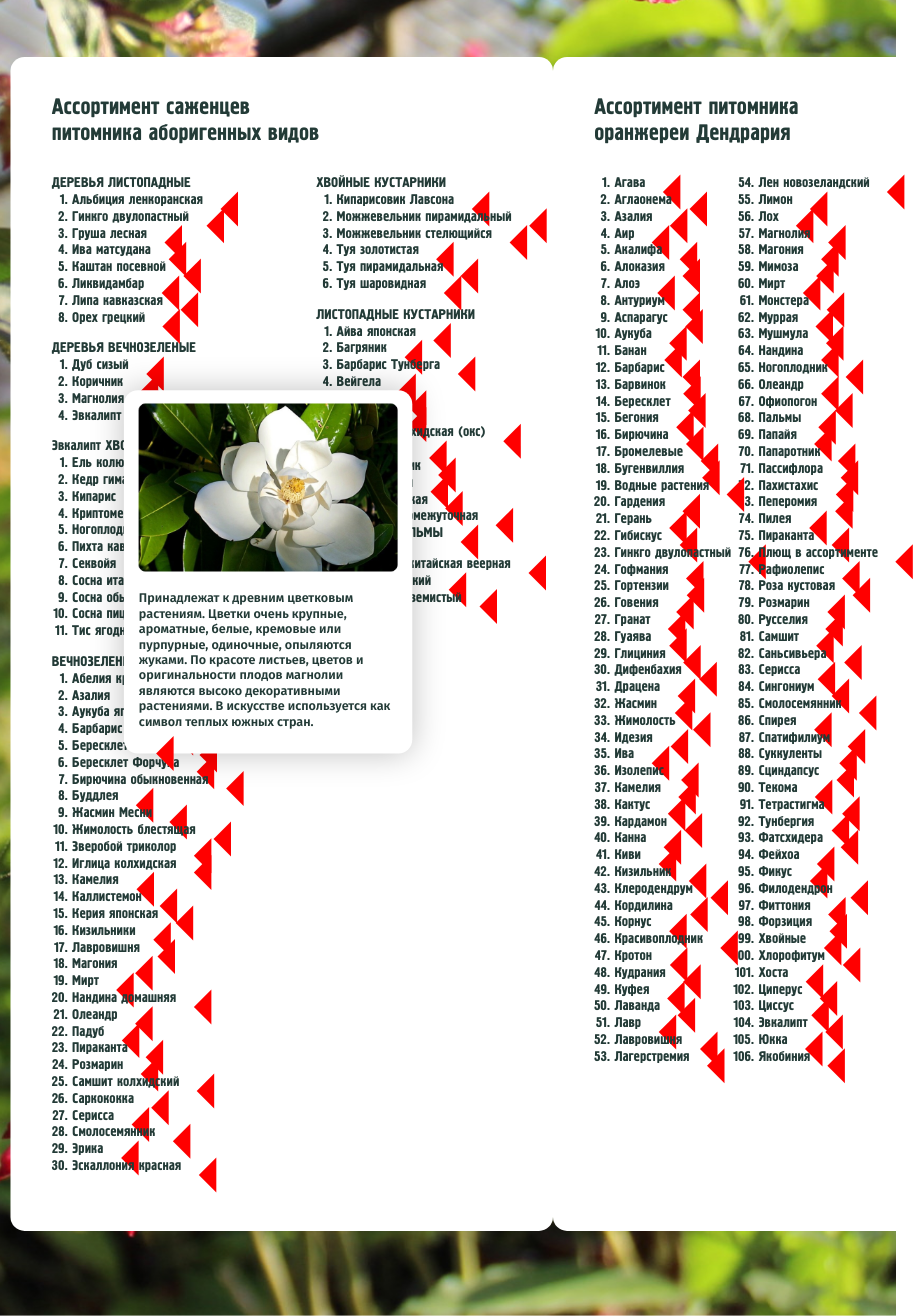
Repository: sem1103/np-sochi
Page: index.html
These files come from the project's save history. The page is drawn as it stood at one moment and after the next save; the edit follows.
The browser window is 1280 px wide. The page is 1313 px wide, so the pictures cover 1313 px, including what lies to the right of the window. The pictures show the part of the page from y = 718 to 2598 px (the page is 2598 px tall), at 70% of full size.

Above is the page before, as saved 2024-01-17 23:05:18.

### index.html
<!DOCTYPE html>
<html lang="en">

<head>
    <meta charset="UTF-8">
    <meta name="viewport" content="width=device-width, initial-scale=1.0">
    <title>Сочинский Национальный Парк</title>

    <link rel="stylesheet" href="styles/reset.css">
    <link rel="stylesheet" href="styles/main.css">
</head>

<body>
    <div id="page">
        <header></header>

        <main>
            <div class="top__text container">
                <div class="text__content">
                    <p>
                        Приветствуем на странице питомников Сочинского национального парка!
                    </p>
                    <p>
                        Здесь представлен широкий ассортимент адаптивного посадочного материала из местных семян и
                        черенков растений, прошедших многолетнюю акклиматизацию в условиях Черноморского побережья
                        Кавказа.
                    </p>
                    <p>
                        В парке работают два питомника растений.
                    </p>
                    <p>
                        Питомник в селе Орел-Изумруд специализируется на выращивании кавказских видов. Также здесь можно
                        приобрести такие востребованные экзотические растения, как бамбуки, пальмы и эвкалипты.
                    </p>
                    <p>
                        Производственный питомник парка «Дендрарий» располагает саженцами экзотических деревьев и
                        кустарников для парков, растениями для зимних садов и оранжерей, комнатными растениями, рассадой
                        летников и многолетников, водных растений.
                    </p>
                    <p>
                        Знакомьтесь с ассортиментом посадочного материала и по всем вопросам обращайтесь к сотрудникам
                        Сочинского нацпарка:
                    </p>
                    <ul>
                        <li>начальник Адлерского питомника - Сергей Александрович Хлевный, тел. <a
                                href="tel:+79183030588">8-918-303-05-88</a>;</li>
                        <li>заведующий хозяйством (оранжереи) Дендрария - Рузанна Сергеевна Ашалян, тел.
                            8-918-209-77-79.</li>
                    </ul>
                </div>
                <div class="price__list">
                    <button>Прайс-лист</button>

                </div>
            </div>

            <div class="items__block container">
                <div class="item">
                    <h3>
                        Ассортимент саженцев <br>
                        питомника аборигенных видов
                    </h3>
                    <div>
                        <div class="left__items">
                            <h5>
                                ДЕРЕВЬЯ ЛИСТОПАДНЫЕ
                            </h5>
                            <ol>
                                <li><div>Альбиция ленкоранская</div></li>
                                <li><div>Гинкго двулопастный</div></li>
                                <li><div>Груша лесная</div></li>
                                <li><div>Ива матсудана</div></li>
                                <li><div>Каштан посевной</div></li>
                                <li><div>Ликвидамбар</div></li>
                                <li><div>Липа кавказская</div></li>
                                <li><div>Орех грецкий</div></li>
                            </ol>

                            <h5>
                                ДЕРЕВЬЯ ВЕЧНОЗЕЛЕНЫЕ
                            </h5>
                            <ol>
                                <li><div>Дуб сизый</div></li>
                                <li><div>Коричник</div></li>
                                <li>
                                    <div>Магнолия
                                        <div class="item__card">
                                            <img src="img/manqoliya.png" alt="Магнолия">
                                            <p>
                                                Принадлежат к древним цветковым растениям. Цветки очень крупные, ароматные, белые, кремовые или пурпурные, одиночные, опыляются жуками.  По красоте листьев, цветов и оригинальности плодов магнолии являются высоко декоративными растениями. В искусстве используется как символ теплых южных стран.
                                            </p>
                                        </div>
                                    </div>

                                </li>
                                <li><div>Эвкалипт</div></li>
                            </ol>

                            <h5>Эвкалипт ХВОЙНЫЕ ДЕРЕВЬЯ</h5>
                            <ol>
                                <li><div>Ель колючая голубая</div></li>
                                <li><div>Кедр гималайский</div></li>
                                <li><div>Кипарис </div></li>
                                <li><div>Криптомерия японская</div></li>
                                <li><div>Ногоплодник </div></li>
                                <li><div>Пихта кавказская</div></li>
                                <li><div>Секвойя </div></li>
                                <li><div>Сосна итальянская</div></li>
                                <li><div>Сосна обыкновенная</div></li>
                                <li><div>Сосна пицундская</div></li>
                                <li><div>Тис ягодный ВЕЧНОЗЕЛЕНЫЕ КУСТАРНИКИ</div></li>
                            </ol>

                            <h5>ВЕЧНОЗЕЛЕНЫЕ КУСТАРНИКИ</h5>
                            <ol>
                                <li><div>Абелия крупноцветковая</div></li>
                                <li><div>Азалия</div></li>
                                <li><div>Аукуба японская</div></li>
                                <li><div>Барбарис Сулье</div></li>
                                <li><div>Бересклет японский</div></li>
                                <li><div>Бересклет Форчуна</div></li>
                                <li><div>Бирючина обыкновенная</div></li>
                                <li><div>Буддлея</div></li>
                                <li><div>Жасмин Месни</div></li>
                                <li><div>Жимолость блестящая</div></li>
                                <li><div>Зверобой триколор</div></li>
                                <li><div>Иглица колхидская</div></li>
                                <li><div>Камелия</div></li>
                                <li><div>Каллистемон</div></li>
                                <li><div>Керия японская</div></li>
                                <li><div>Кизильники</div></li>
                                <li><div>Лавровишня</div></li>
                                <li><div>Магония</div></li>
                                <li><div>Мирт</div></li>
                                <li><div>Нандина домашняя</div></li>
                                <li><div>Олеандр</div></li>
                                <li><div>Падуб</div></li>
                                <li><div>Пираканта</div></li>
                                <li><div>Розмарин</div></li>
                                <li><div>Самшит колхидский</div></li>
                                <li><div>Саркококка</div></li>
                                <li><div>Серисса</div></li>
                                <li><div>Смолосемянник</div></li>
                                <li><div>Эрика</div></li>
                                <li><div>Эскаллония красная</div></li>
                            </ol>
                        </div>

                        <div class="right__items">
                            <h5>ХВОЙНЫЕ КУСТАРНИКИ</h5>
                            <ol>
                                <li><div>Кипарисовик Лавсона</div></li>
                                <li><div>Можжевельник пирамидальный</div></li>
                                <li><div>Можжевельник стелющийся</div></li>
                                <li><div>Туя золотистая</div></li>
                                <li><div>Туя пирамидальная</div></li>
                                <li><div>Туя шаровидная</div></li>
                            </ol>

                            <h5>ЛИСТОПАДНЫЕ КУСТАРНИКИ</h5>
                            <ol>
                                <li><div>Айва японская</div></li>
                                <li><div>Багряник</div></li>
                                <li><div>Барбарис Тунберга</div></li>
                                <li><div>Вейгела</div></li>
                                <li><div>Гортензия</div></li>
                                <li><div>Гранатник</div></li>
                                <li><div>Клекачка колхидская (окс)</div></li>
                                <li><div>Лагерстремия</div></li>
                                <li><div>Пузыреплодник</div></li>
                                <li><div>Роза кустовая</div></li>
                                <li><div>Спирея японская</div></li>
                                <li><div>Форзиция промежуточная</div></li>
                                <li><div>Чубушник ПАЛЬМЫ</div></li>
                            </ol>
                            <ol>
                                <li><div>Трахикарпус китайская веерная</div></li>
                                <li><div>Финик канарский</div></li>
                                <li><div>Хамеропс приземистый</div></li>
                            </ol>
                        </div>
                    </div>
                </div>

                <div class="item">
                    <h3>Ассортимент питомника  <br>
                        оранжереи Дендрария</h3>
                    <div>
                        <div class="left__items">
                            <ol>
                                <li><div>Агава</div></li>
                                <li><div>Аглаонема</div></li>
                                <li><div>Азалия</div></li>
                                <li><div>Аир</div></li>
                                <li><div>Акалифа</div></li>
                                <li><div>Алоказия</div></li>
                                <li><div>Алоэ</div></li>
                                <li><div>Антуриум</div></li>
                                <li><div>Аспарагус</div></li>
                                <li><div>Аукуба</div></li>
                                <li><div>Банан</div></li>
                                <li><div>Барбарис</div></li>
                                <li><div>Барвинок</div></li>
                                <li><div>Бересклет</div></li>
                                <li><div>Бегония</div></li>
                                <li><div>Бирючина</div></li>
                                <li><div>Бромелевые</div></li>
                                <li><div>Бугенвиллия</div></li>
                                <li><div>Водные растения</div></li>
                                <li><div>Гардения</div></li>
                                <li><div>Герань</div></li>
                                <li><div>Гибискус</div></li>
                                <li><div>Гинкго двулопастный</div></li>
                                <li><div>Гофмания</div></li>
                                <li><div>Гортензии</div></li>
                                <li><div>Говения</div></li>
                                <li><div>Гранат</div></li>
                                <li><div>Гуаява</div></li>
                                <li><div>Глициния</div></li>
                                <li><div>Дифенбахия</div></li>
                                <li><div>Драцена</div></li>
                                <li><div>Жасмин</div></li>
                                <li><div>Жимолость</div></li>
                                <li><div>Идезия</div></li>
                                <li><div>Ива</div></li>
                                <li><div>Изолепис</div></li>
                                <li><div>Камелия</div></li>
                                <li><div>Кактус</div></li>
                                <li><div>Кардамон</div></li>
                                <li><div>Канна</div></li>
                                <li><div>Киви</div></li>
                                <li><div>Кизильник</div></li>
                                <li><div>Клеродендрум</div></li>
                                <li><div>Кордилина</div></li>
                                <li><div>Корнус</div></li>
                                <li><div>Красивоплодник</div></li>
                                <li><div>Кротон</div></li>
                                <li><div>Кудрания</div></li>
                                <li><div>Куфея</div></li>
                                <li><div>Лаванда</div></li>
                                <li><div>Лавр</div></li>
                                <li><div>Лавровишня</div></li>
                                <li><div>Лагерстремия</div></li>
                            </ol>
                        </div>

                        <div class="right__items">
                            <ol start="54">
                                <li><div>Лен новозеландский</div></li>
                                <li><div>Лимон</div></li>
                                <li><div>Лох</div></li>
                                <li><div>Магнолия</div></li>
                                <li><div>Магония</div></li>
                                <li><div>Мимоза</div></li>
                                <li><div>Мирт</div></li>
                                <li><div>Монстера</div></li>
                                <li><div>Муррая</div></li>
                                <li><div>Мушмула</div></li>
                                <li><div>Нандина</div></li>
                                <li><div>Ногоплодник</div></li>
                                <li><div>Олеандр</div></li>
                                <li><div>Офиопогон</div></li>
                                <li><div>Пальмы</div></li>
                                <li><div>Папайя</div></li>
                                <li><div>Папаротник</div></li>
                                <li><div>Пассифлора</div></li>
                                <li><div>Пахистахис</div></li>
                                <li><div>Пеперомия</div></li>
                                <li><div>Пилея</div></li>
                                <li><div>Пираканта</div></li>
                                <li><div>Плющ в ассортименте</div></li>
                                <li><div>Рафиолепис</div></li>
                                <li><div>Роза кустовая</div></li>
                                <li><div>Розмарин</div></li>
                                <li><div>Русселия</div></li>
                                <li><div>Самшит</div></li>
                                <li><div>Саньсивьера</div></li>
                                <li><div>Серисса</div></li>
                                <li><div>Сингониум</div></li>
                                <li><div>Смолосемянник</div></li>
                                <li><div>Спирея</div></li>
                                <li><div>Спатифилиум</div></li>
                                <li><div>Суккуленты</div></li>
                                <li><div>Сциндапсус</div></li>
                                <li><div>Текома</div></li>
                                <li><div>Тетрастигма</div></li>
                                <li><div>Тунбергия</div></li>
                                <li><div>Фатсхидера</div></li>
                                <li><div>Фейхоа</div></li>
                                <li><div>Фикус</div></li>
                                <li><div>Филодендрон</div></li>
                                <li><div>Фиттония</div></li>
                                <li><div>Форзиция</div></li>
                                <li><div>Хвойные</div></li>
                                <li><div>Хлорофитум</div></li>
                                <li><div>Хоста</div></li>
                                <li><div>Циперус</div></li>
                                <li><div>Циссус</div></li>
                                <li><div>Эвкалипт</div></li>
                                <li><div>Юкка</div></li>
                                <li><div>Якобиния</div></li>
                            </ol>
                        </div>
                    </div>

                </div>
            </div>
        </main>

        <footer></footer>
    </div>
</body>

</html>

### styles/reset.css

:root{
    --gray: #233B37;
}
html{
    scroll-behavior: smooth;
}
html,
body,
div,
span,
applet,
object,
iframe,
h1,
h2,
h3,
h4,
h5,
h6,
p,
blockquote,
pre,
a,
abbr,
acronym,
address,
big,
cite,
code,
del,
dfn,
em,
img,
ins,
kbd,
q,
s,
samp,
small,
strike,
strong,
sub,
sup,
tt,
var,
b,
u,
i,
center,
dl,
dt,
dd,
ol,
ul,
li,
fieldset,
form,
label,
legend,
table,
caption,
tbody,
tfoot,
thead,
tr,
th,
td,
article,
aside,
canvas,
details,
embed,
figure,
figcaption,
footer,
header,
hgroup,
menu,
nav,
output,
ruby,
section,
summary,
time,
mark,
audio,
video {
    margin: 0;
    padding: 0;
    border: 0;
    font-size: 100%;
    font: inherit;
    vertical-align: baseline
}

article,
aside,
details,
figcaption,
figure,
footer,
header,
hgroup,
menu,
nav,
section {
    display: block
}

body {
    line-height: 1;
    font-family: Hermes;
}

ol,
ul {
    list-style: none
}

blockquote,
q {
    quotes: none
}

blockquote:before,
blockquote:after,
q:before,
q:after {
    content: '';
    content: none
}

table {
    border-collapse: collapse;
    border-spacing: 0
}

a {
    text-decoration: none;
    color: var(--gray);
    transition: all .3s ease-in-out
}

a:hover {
    color: #365edc;
}

* {
    box-sizing: border-box
}




.active__menu{
    opacity: .7;
    color: var(--gray);
}
#page{
    min-height: 100vh;
}

.container{
    max-width: 1652px;
    margin: auto;
    padding: 0 15px;
}
main img{
    width: 100%;
    height: auto;
}

### styles/main.css
@import url('https://fonts.googleapis.com/css2?family=Fira+Sans:wght@600&display=swap');
@font-face {
    font-family: 'Hermes';
    src: url('font/hermes.ttf'),
    url(font/hermes.woff),
    url(font/hermes.woff2) ;

}


main{
    background: url(../img/main-bg.png) center/cover;
}
p, li{
    font: 16px 'Hermes';
    color: var(--gray);
}
p{
    margin: 0 0 10px 0;
}
.top__text{
    padding: 142px 10px 108px 10px;
}
.text__content{
    padding: 48px 54px;
    background-color: #fff;
    width: 50%;
    margin: 0 0 30px auto;
    border-radius: 20px;
}
li{
    list-style: disc;
    margin: 0 0 0 20px;
}
.price__list{
    width: 50%;
    margin: 0 0 0 auto;
}
.price__list button{
    padding: 9px 37px;
    font: 600 18px 'Fira Sans';
    margin: 0;
    background: var(--gray);
    color: #fff;
    border: 0;
    border-radius: 10px;
    cursor: pointer;
    transition: all .3s ease-in-out;
}
.price__list button:hover{
    opacity: .8;
}

h3{
    color: var(--gray);
    font: 32px 'Hermes';
    margin: 0 0 40px 0;
}
h5{
    color: var(--gray);
    font: 20px Hermes;
}
.items__block{
    display: flex;
    flex-direction: row;
    justify-content: space-between;
    padding-bottom: 121px;
}
.item{
    flex-basis: calc(50% - 25px);
    background: #fff;
    padding: 52px 59px 61px 59px;
    border-radius: 20px;

}
.item > div{
    display: flex;
    justify-content: space-between;
}
ol{
    margin: 0 0 20px 0;
}
ol li{
    list-style: decimal;
    font: 20px Hermes;
    color: var(--gray);
    margin: 0 0 0 29px;
}
ol div{
    font: inherit;
    color: inherit;
    border: 0;
    padding: 0;
    background: transparent;
    text-align: left;
    cursor: pointer;
    position: relative;
    width: max-content;
}
ol div::after{
    content: '';
    position: absolute;
    border: 25px solid transparent;
    border-right-color: red;
}
.left__items{
    margin: 0 10px 0 0;
}
.item__card{
    position: absolute;
    z-index: 99;
    background: #fff;
    padding: 19px 21px 25px 21px;
    border-radius: 20px;
    box-shadow: 0px 0px 45px 0px #00000040;
    left: 100%;
    width: 412px;
    top: 0;
}
.item__card img{
    margin: 0 0 21px 0;
}
.item__card p{
    font: 600 18px 'Fira Sans';
}




/*Media*/
@media only screen and (max-width:1200px) {
    .items__block{
        flex-direction: column;
    }
    .item:first-child{
        margin: 0 0 50px 0;
    }
}
@media only screen and (max-width:1000px) {
    .text__content, .price__list{
        width: 100%;
    }

}
@media only screen and (max-width:768px){
    .top__text{
        padding: 19px 10px 31px 10px;
    }
}

@media only screen and (max-width:450px){
    .price__list button{
        width: 100%;
    }
    .item:first-child {
        margin: 0 0 15px 0;
    }
    .item{
        padding: 16px 20px 24px 20px;
    }
    .item > div{
        flex-direction: column;
    }
}

After the next save:
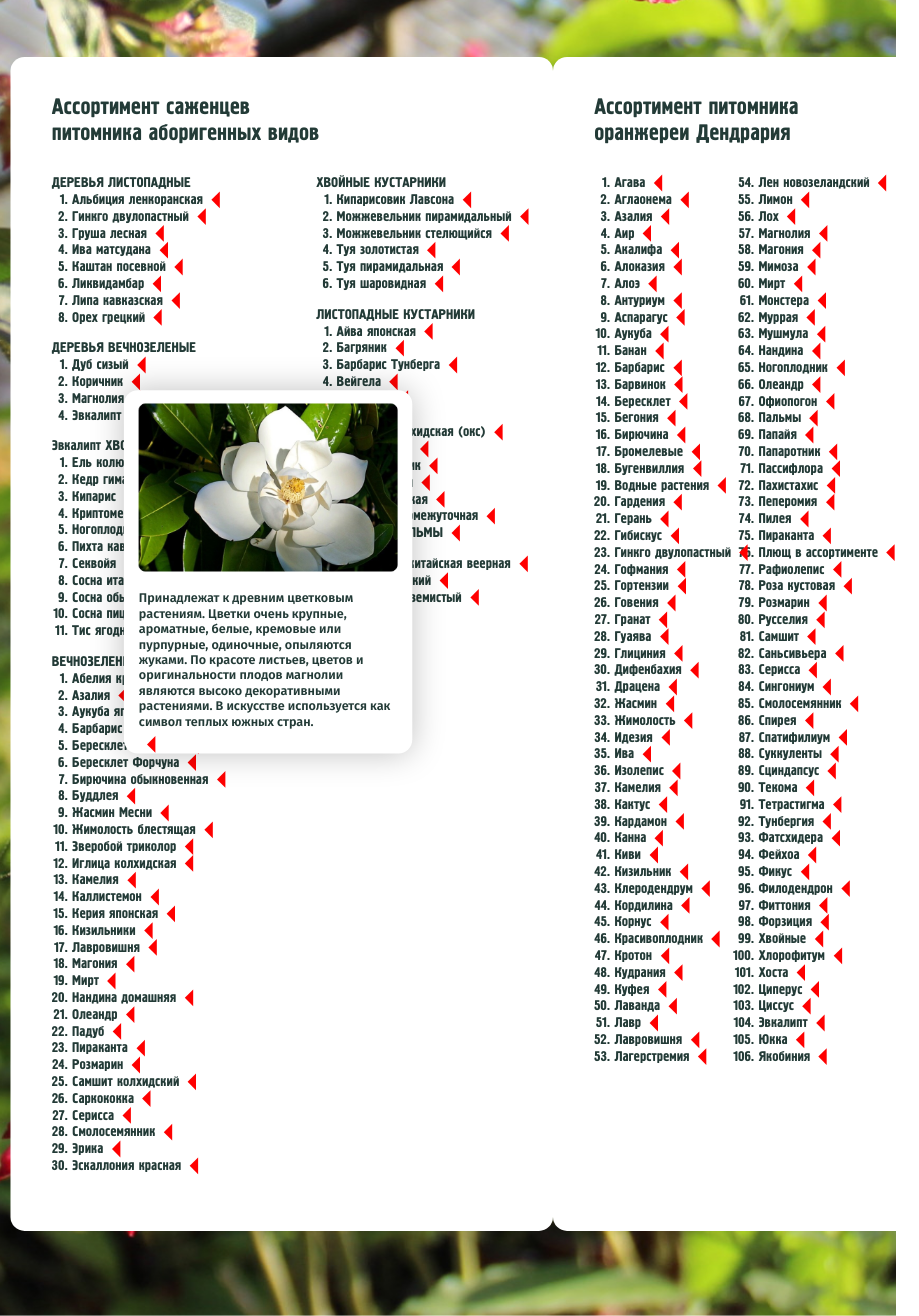
Saved 20 s later.
--- a/styles/main.css
+++ b/styles/main.css
@@ -100,7 +100,7 @@ ol div{
 ol div::after{
     content: '';
     position: absolute;
-    border: 25px solid transparent;
+    border: 12px solid transparent;
     border-right-color: red;
 }
 .left__items{
